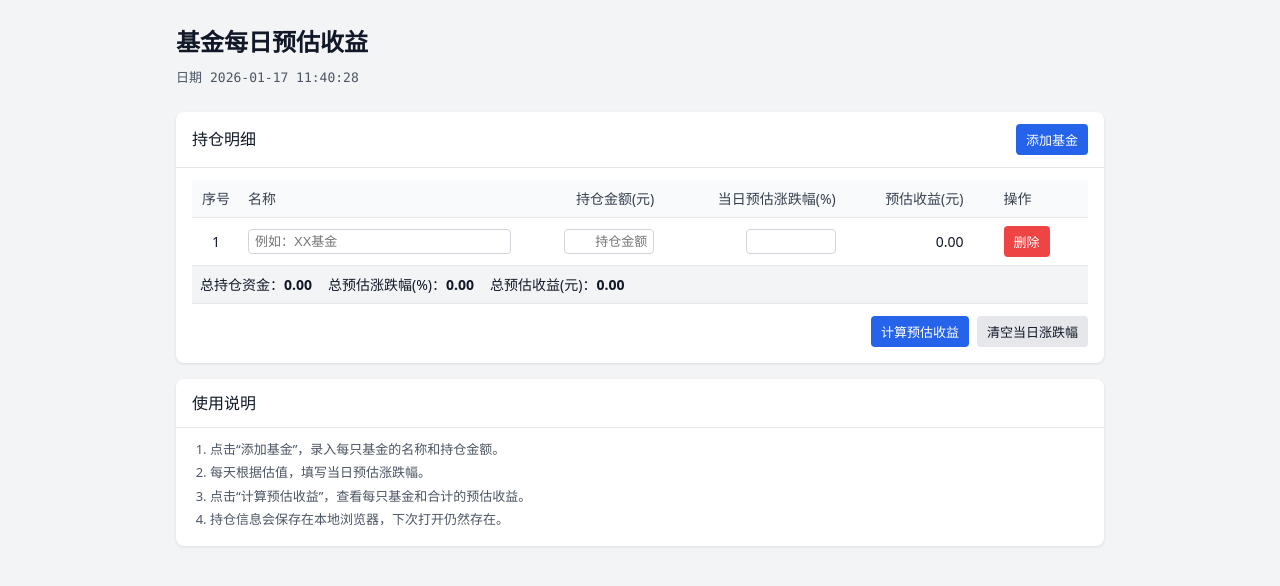
Repository: zt-boom/finance
Page: index.html
An editor plug-in stored every save of this project. The page is shown before and after the next save, followed by the edit.
The browser window is 1280 px wide. The pictures show the whole page.

Above is the page before, as saved 2026-01-17 13:25:14.

### index.html
<!DOCTYPE html>
<html lang="zh-CN">
<head>
<meta charset="UTF-8">
<title>基金每日预估收益</title>
<meta name="viewport" content="width=device-width,initial-scale=1">
<link rel="stylesheet" href="./style.css">
</head>
<body>
<div class="app">
<header class="app-header">
<h1>基金每日预估收益</h1>
<div class="date-row">
<span>日期</span>
<span id="current-date"></span>
</div>
</header>
<main class="app-main">
<section class="card">
<div class="card-header">
<h2>持仓明细</h2>
<button id="add-fund-btn" class="primary-button">添加基金</button>
</div>
<div class="card-body">
<div class="table-wrapper">
<table class="fund-table">
<thead>
<tr>
<th class="index-col">序号</th>
<th>名称</th>
<th>持仓金额(元)</th>
<th>当日预估涨跌幅(%)</th>
<th>预估收益(元)</th>
<th>操作</th>
</tr>
</thead>
<tbody id="fund-table-body"></tbody>
<tfoot>
<tr class="summary-row">
<td colspan="6">
<div class="summary-items">
<div class="summary-left">
<span>总持仓资金：<strong id="total-amount">0.00</strong></span>
<span>总预估涨跌幅(%)：<strong id="total-percent">0.00</strong></span>
<span>总预估收益(元)：<strong id="total-profit">0.00</strong></span>
</div>
</div>
</td>
</tr>
</tfoot>
</table>
</div>
<div class="actions-row">
<button id="calculate-btn" class="primary-button">计算预估收益</button>
<button id="reset-percentage-btn" class="secondary-button">清空当日涨跌幅</button>
</div>
</div>
</section>
<section class="card">
<div class="card-header">
<h2>使用说明</h2>
</div>
<div class="card-body instructions">
<ol>
<li>点击“添加基金”，录入每只基金的名称和持仓金额。</li>
<li>每天根据估值，填写当日预估涨跌幅。</li>
<li>点击“计算预估收益”，查看每只基金和合计的预估收益。</li>
<li>持仓信息会保存在本地浏览器，下次打开仍然存在。</li>
</ol>
</div>
</section>
</main>
</div>
<script src="./main.js"></script>
</body>
</html>

### style.css
* {
box-sizing: border-box;
margin: 0;
padding: 0;
}

body {
font-family: system-ui, -apple-system, BlinkMacSystemFont, "Segoe UI", sans-serif;
background-color: #f3f4f6;
color: #111827;
line-height: 1.5;
}

.app {
max-width: 960px;
margin: 0 auto;
padding: 24px 16px 40px;
}

.app-header {
display: flex;
flex-direction: column;
gap: 8px;
margin-bottom: 24px;
}

.app-header h1 {
font-size: 24px;
font-weight: 600;
color: #111827;
}

.date-row {
display: flex;
gap: 8px;
align-items: center;
font-size: 13px;
color: #4b5563;
}

.date-row span:last-child {
font-family: ui-monospace, SFMono-Regular, Menlo, Monaco, Consolas, "Liberation Mono", "Courier New", monospace;
font-variant-numeric: tabular-nums;
}

.app-main {
display: flex;
flex-direction: column;
gap: 16px;
}

.card {
background-color: #ffffff;
border-radius: 8px;
box-shadow: 0 1px 3px rgba(15, 23, 42, 0.1);
overflow: hidden;
}

.card-header {
display: flex;
justify-content: space-between;
align-items: center;
padding: 12px 16px;
border-bottom: 1px solid #e5e7eb;
}

.card-header h2 {
font-size: 16px;
font-weight: 500;
}

.card-body {
padding: 12px 16px 16px;
}

.table-wrapper {
overflow-x: auto;
margin-bottom: 12px;
}

.fund-table {
width: 100%;
border-collapse: collapse;
font-size: 14px;
}

.fund-table th,
.fund-table td {
border-bottom: 1px solid #e5e7eb;
padding: 8px;
text-align: left;
}

.fund-table th.index-col,
.fund-table td[data-role="row-index"] {
width: 48px;
text-align: center;
}

.fund-table th:nth-child(3),
.fund-table th:nth-child(4),
.fund-table th:nth-child(5),
.fund-table td:nth-child(3),
.fund-table td:nth-child(4),
.fund-table td:nth-child(5) {
text-align: right;
}

.fund-table thead {
background-color: #f9fafb;
}

.fund-table th {
font-weight: 500;
color: #374151;
}

.fund-table tbody tr:nth-child(even) {
background-color: #f9fafb;
}

.fund-table input {
width: 100%;
padding: 4px 6px;
font-size: 13px;
border-radius: 4px;
border: 1px solid #d1d5db;
outline: none;
text-align: right;
}

.fund-table input.narrow-number-input {
width: 90px;
}

.fund-table td:nth-child(2) input {
text-align: left;
}

.fund-table th:nth-child(6),
.fund-table td:nth-child(6) {
padding-left: 32px;
}

.fund-table input[type="number"]::-webkit-outer-spin-button,
.fund-table input[type="number"]::-webkit-inner-spin-button {
-webkit-appearance: none;
margin: 0;
}

.fund-table input[type="number"] {
-moz-appearance: textfield;
}

.fund-table input:focus {
border-color: #2563eb;
box-shadow: 0 0 0 1px rgba(37, 99, 235, 0.2);
}

.value-positive {
color: #ef4444;
}

.value-negative {
color: #10b981;
}

.value-zero {
color: #6b7280;
}

.summary-row td {
font-weight: 600;
color: #111827;
background-color: #f3f4f6;
}

.summary-items {
display: flex;
flex-wrap: wrap;
gap: 4px 16px;
justify-content: flex-start;
align-items: center;
}

.summary-items span {
font-weight: 500;
white-space: nowrap;
}

.summary-left {
display: flex;
flex-wrap: wrap;
gap: 4px 16px;
align-items: center;
}

.primary-button,
.secondary-button,
.danger-button {
border-radius: 4px;
border: none;
cursor: pointer;
font-size: 13px;
padding: 6px 10px;
display: inline-flex;
align-items: center;
justify-content: center;
}

.primary-button {
background-color: #2563eb;
color: #ffffff;
}

.primary-button:hover {
background-color: #1d4ed8;
}

.secondary-button {
background-color: #e5e7eb;
color: #111827;
}

.secondary-button:hover {
background-color: #d1d5db;
}

.danger-button {
background-color: #ef4444;
color: #ffffff;
}

.danger-button:hover {
background-color: #dc2626;
}

.actions-row {
display: flex;
flex-wrap: wrap;
gap: 8px;
margin-top: 4px;
justify-content: flex-end;
}

.instructions {
font-size: 13px;
color: #4b5563;
}

.instructions ol {
padding-left: 18px;
display: flex;
flex-direction: column;
gap: 4px;
}

@media (max-width: 640px) {
.app {
padding-inline: 12px;
}
.card-header {
flex-direction: column;
gap: 8px;
align-items: flex-start;
}
}

### main.js
const STORAGE_KEY = "fund_holdings_v1";

function formatCurrency(value) {
if (Number.isNaN(value)) return "0.00";
return value.toFixed(2);
}

function getTodayDateString() {
const now = new Date();
const year = String(now.getFullYear());
const month = String(now.getMonth() + 1).padStart(2, "0");
const day = String(now.getDate()).padStart(2, "0");
const hours = String(now.getHours()).padStart(2, "0");
const minutes = String(now.getMinutes()).padStart(2, "0");
const seconds = String(now.getSeconds()).padStart(2, "0");
return `${year}-${month}-${day} ${hours}:${minutes}:${seconds}`;
}

function loadHoldingsFromStorage() {
try {
const raw = window.localStorage.getItem(STORAGE_KEY);
if (!raw) return [];
const parsed = JSON.parse(raw);
if (!Array.isArray(parsed)) return [];
return parsed;
} catch (e) {
return [];
}
}

function saveHoldingsToStorage(holdings) {
try {
const serialized = JSON.stringify(holdings);
window.localStorage.setItem(STORAGE_KEY, serialized);
} catch (e) {
}
}

function createTableRow(fund) {
const tr = document.createElement("tr");
const indexTd = document.createElement("td");
const nameTd = document.createElement("td");
const amountTd = document.createElement("td");
const percentTd = document.createElement("td");
const profitTd = document.createElement("td");
const actionsTd = document.createElement("td");
const nameInput = document.createElement("input");
nameInput.type = "text";
nameInput.value = fund.name || "";
nameInput.placeholder = "例如：XX基金";
nameInput.addEventListener("change", handleStorageUpdate);
const amountInput = document.createElement("input");
amountInput.type = "number";
amountInput.step = "0.01";
amountInput.min = "0";
amountInput.value = fund.amount != null ? String(fund.amount) : "";
amountInput.placeholder = "持仓金额";
amountInput.addEventListener("change", handleStorageUpdate);
const percentInput = document.createElement("input");
percentInput.type = "number";
percentInput.step = "0.01";
percentInput.placeholder = "";
amountInput.className = "narrow-number-input";
percentInput.className = "narrow-number-input";
const profitSpan = document.createElement("span");
profitSpan.textContent = "0.00";
const deleteButton = document.createElement("button");
deleteButton.textContent = "删除";
deleteButton.className = "danger-button";
deleteButton.addEventListener("click", () => {
const inputs = tr.querySelectorAll("input");
const nameValue = inputs[0] ? inputs[0].value.trim() : "";
const amountValue = inputs[1] ? inputs[1].value.trim() : "";
const percentValue = inputs[2] ? inputs[2].value.trim() : "";
const isEmptyRow = !nameValue && !amountValue && !percentValue;
if (!isEmptyRow) {
const confirmed = window.confirm("确定要删除这条持仓记录吗？");
if (!confirmed) {
return;
}
}
tr.remove();
handleStorageUpdate();
calculateProfit();
updateRowIndices();
});
indexTd.dataset.role = "row-index";
profitTd.dataset.role = "profit-cell";
nameTd.appendChild(nameInput);
amountTd.appendChild(amountInput);
percentTd.appendChild(percentInput);
profitTd.appendChild(profitSpan);
actionsTd.appendChild(deleteButton);
tr.appendChild(indexTd);
tr.appendChild(nameTd);
tr.appendChild(amountTd);
tr.appendChild(percentTd);
tr.appendChild(profitTd);
tr.appendChild(actionsTd);
tr.dataset.role = "fund-row";
return tr;
}

function readHoldingsFromTable() {
const rows = document.querySelectorAll('tr[data-role="fund-row"]');
const holdings = [];
rows.forEach(row => {
const inputs = row.querySelectorAll("input");
const nameInput = inputs[0];
const amountInput = inputs[1];
const name = nameInput.value.trim();
const amount = parseFloat(amountInput.value);
if (!name && (Number.isNaN(amount) || amount <= 0)) {
return;
}
holdings.push({
name,
amount: Number.isNaN(amount) ? 0 : amount
});
});
return holdings;
}

function handleStorageUpdate() {
const holdings = readHoldingsFromTable();
saveHoldingsToStorage(holdings);
}

function populateTableFromStorage() {
const tbody = document.getElementById("fund-table-body");
tbody.innerHTML = "";
const holdings = loadHoldingsFromStorage();
if (holdings.length === 0) {
const row = createTableRow({ name: "", amount: null });
tbody.appendChild(row);
updateRowIndices();
return;
}
holdings.forEach(fund => {
const row = createTableRow(fund);
tbody.appendChild(row);
});
updateRowIndices();
}

function calculateProfit() {
const rows = document.querySelectorAll('tr[data-role="fund-row"]');
let totalProfit = 0;
let totalHoldingAmount = 0;
let activeAmount = 0;
rows.forEach(row => {
const inputs = row.querySelectorAll("input");
const amountInput = inputs[1];
const percentInput = inputs[2];
const amount = parseFloat(amountInput.value);
const percent = parseFloat(percentInput.value);
const profitCell = row.querySelector('td[data-role="profit-cell"] span');
if (!Number.isNaN(amount)) {
totalHoldingAmount += amount;
}
if (Number.isNaN(amount) || Number.isNaN(percent)) {
profitCell.textContent = "0.00";
applyProfitColor(profitCell, 0);
return;
}
const profit = amount * percent / 100;
totalProfit += profit;
activeAmount += amount;
profitCell.textContent = formatCurrency(profit);
applyProfitColor(profitCell, profit);
});
const totalAmountElement = document.getElementById("total-amount");
const totalPercentElement = document.getElementById("total-percent");
if (totalAmountElement) {
totalAmountElement.textContent = formatCurrency(totalHoldingAmount);
}
if (totalPercentElement) {
const totalPercent = activeAmount > 0 ? (totalProfit / activeAmount) * 100 : 0;
totalPercentElement.textContent = formatCurrency(totalPercent);
}
const totalProfitElement = document.getElementById("total-profit");
totalProfitElement.textContent = formatCurrency(totalProfit);
applyProfitColor(totalProfitElement, totalProfit);
}

function resetPercentages() {
const rows = document.querySelectorAll('tr[data-role="fund-row"]');
rows.forEach(row => {
const inputs = row.querySelectorAll("input");
const percentInput = inputs[2];
const profitCell = row.querySelector('td[data-role="profit-cell"] span');
percentInput.value = "";
profitCell.textContent = "0.00";
applyProfitColor(profitCell, 0);
});
const totalProfitElement = document.getElementById("total-profit");
totalProfitElement.textContent = "0.00";
applyProfitColor(totalProfitElement, 0);
const totalPercentElement = document.getElementById("total-percent");
if (totalPercentElement) {
totalPercentElement.textContent = "0.00";
}
const totalAmountElement = document.getElementById("total-amount");
if (totalAmountElement) {
let totalAmount = 0;
const rows = document.querySelectorAll('tr[data-role="fund-row"]');
rows.forEach(row => {
const inputs = row.querySelectorAll("input");
const amountInput = inputs[1];
const amount = parseFloat(amountInput.value);
if (!Number.isNaN(amount)) {
totalAmount += amount;
}
});
totalAmountElement.textContent = formatCurrency(totalAmount);
}
}

function applyProfitColor(element, value) {
if (!element) {
return;
}
element.classList.remove("value-positive", "value-negative", "value-zero");
if (Number.isNaN(value)) {
return;
}
if (value > 0) {
element.classList.add("value-positive");
} else if (value < 0) {
element.classList.add("value-negative");
} else {
element.classList.add("value-zero");
}
}

function initApp() {
const dateElement = document.getElementById("current-date");
if (dateElement) {
dateElement.textContent = getTodayDateString();
}
populateTableFromStorage();
const addFundButton = document.getElementById("add-fund-btn");
const calculateButton = document.getElementById("calculate-btn");
const resetPercentageButton = document.getElementById("reset-percentage-btn");
if (addFundButton) {
addFundButton.addEventListener("click", () => {
const tbody = document.getElementById("fund-table-body");
const row = createTableRow({ name: "", amount: null });
tbody.appendChild(row);
updateRowIndices();
});
}
if (calculateButton) {
calculateButton.addEventListener("click", () => {
calculateProfit();
handleStorageUpdate();
});
}
if (resetPercentageButton) {
resetPercentageButton.addEventListener("click", () => {
const confirmed = window.confirm("确定要清空所有基金的当日预估涨跌幅和预估收益吗？");
if (!confirmed) {
return;
}
resetPercentages();
});
}
}

function updateRowIndices() {
const rows = document.querySelectorAll('tr[data-role="fund-row"]');
rows.forEach((row, index) => {
const indexCell = row.querySelector('td[data-role="row-index"]');
if (indexCell) {
indexCell.textContent = String(index + 1);
}
});
}

if (document.readyState === "loading") {
document.addEventListener("DOMContentLoaded", initApp);
} else {
initApp();
}

After the next save:
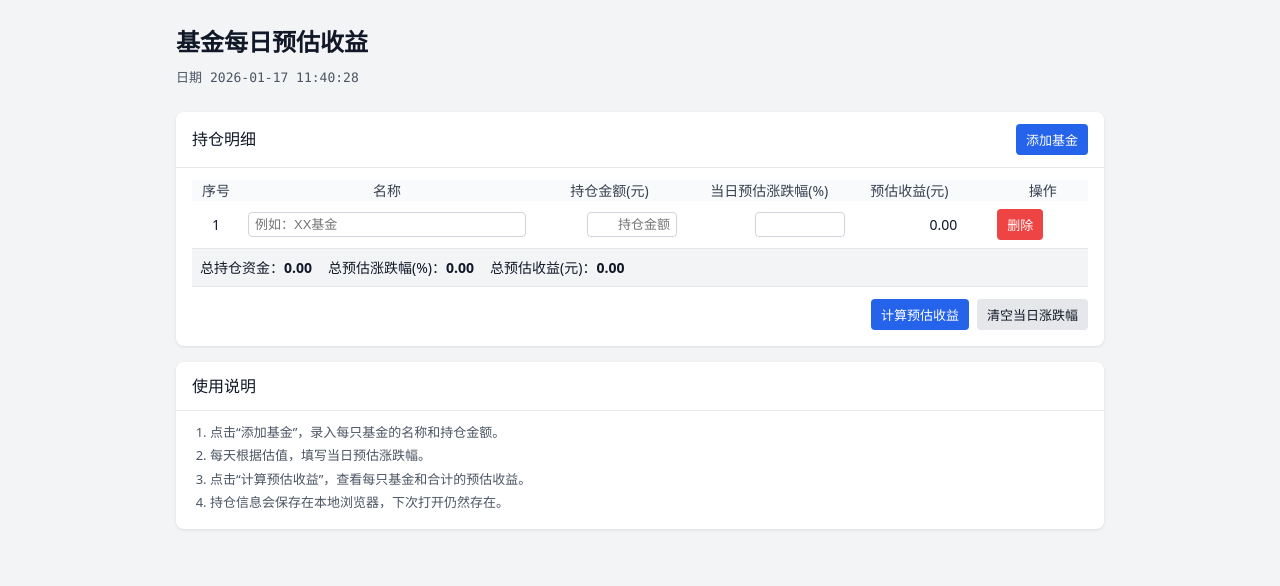
Saved 111 s later.
--- a/style.css
+++ b/style.css
@@ -84,7 +84,6 @@ border-collapse: collapse;
 font-size: 14px;
 }
 
-.fund-table th,
 .fund-table td {
 border-bottom: 1px solid #e5e7eb;
 padding: 8px;
@@ -97,9 +96,6 @@ width: 48px;
 text-align: center;
 }
 
-.fund-table th:nth-child(3),
-.fund-table th:nth-child(4),
-.fund-table th:nth-child(5),
 .fund-table td:nth-child(3),
 .fund-table td:nth-child(4),
 .fund-table td:nth-child(5) {
@@ -113,6 +109,7 @@ background-color: #f9fafb;
 .fund-table th {
 font-weight: 500;
 color: #374151;
+text-align: center;
 }
 
 .fund-table tbody tr:nth-child(even) {
